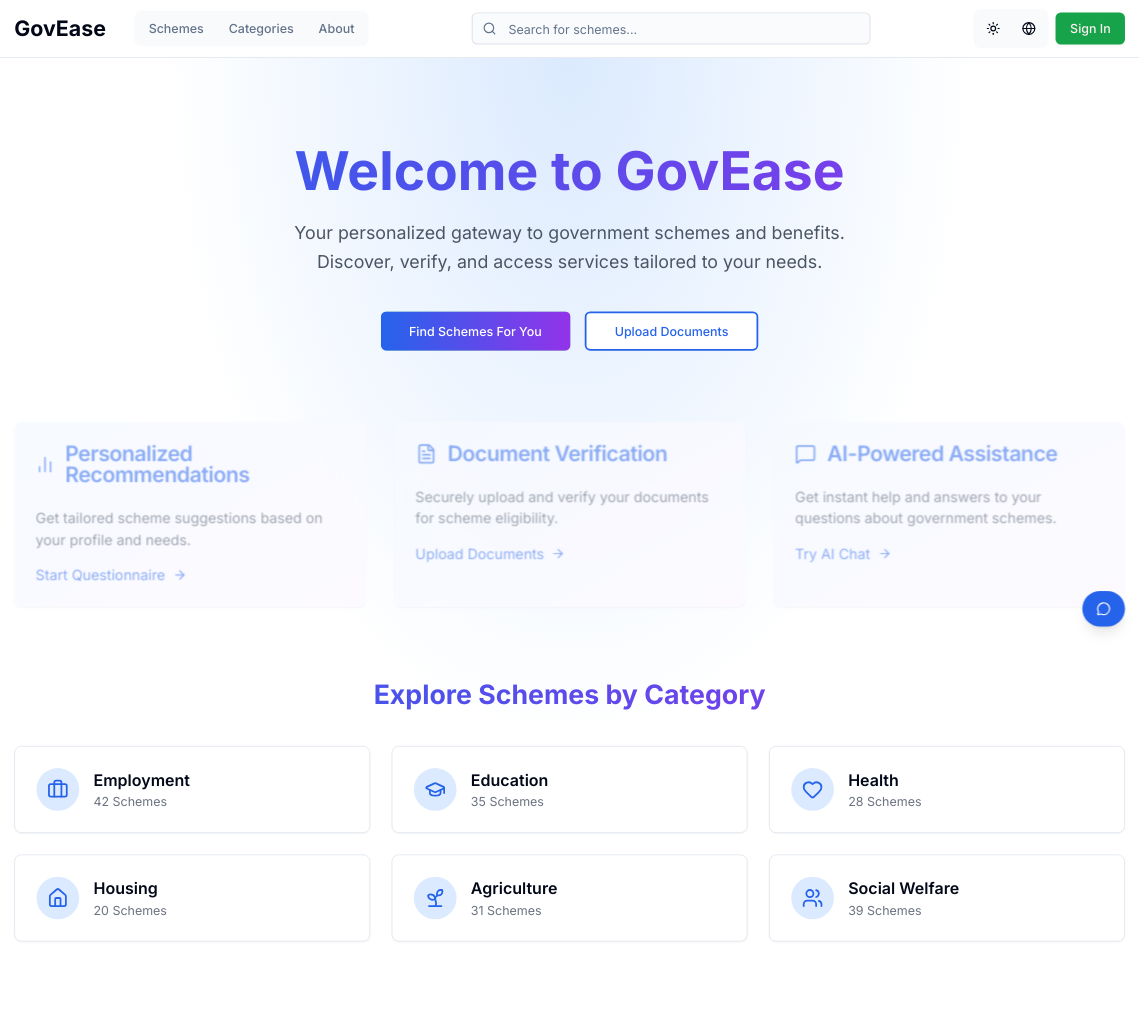
Repository: Aniket7545/GovEase
Page: /
The author's editor kept a copy of each file at every save. The page is drawn from the files as they stood at one save, then again after the next save.
The browser window is 1280 px wide. The pictures show the whole page, at 89% of full size.
The project was rebuilt for these pictures with package versions that can differ from the ones it lists, and the page was loaded fresh each time. The framework's server and built-in components were replaced by stand-ins that run in the browser. Also part of the build but not shown: next.config.ts, components/ui/scroll-area.tsx.

Above is the page before, as saved 2025-01-12 18:21:01.

After the next save:
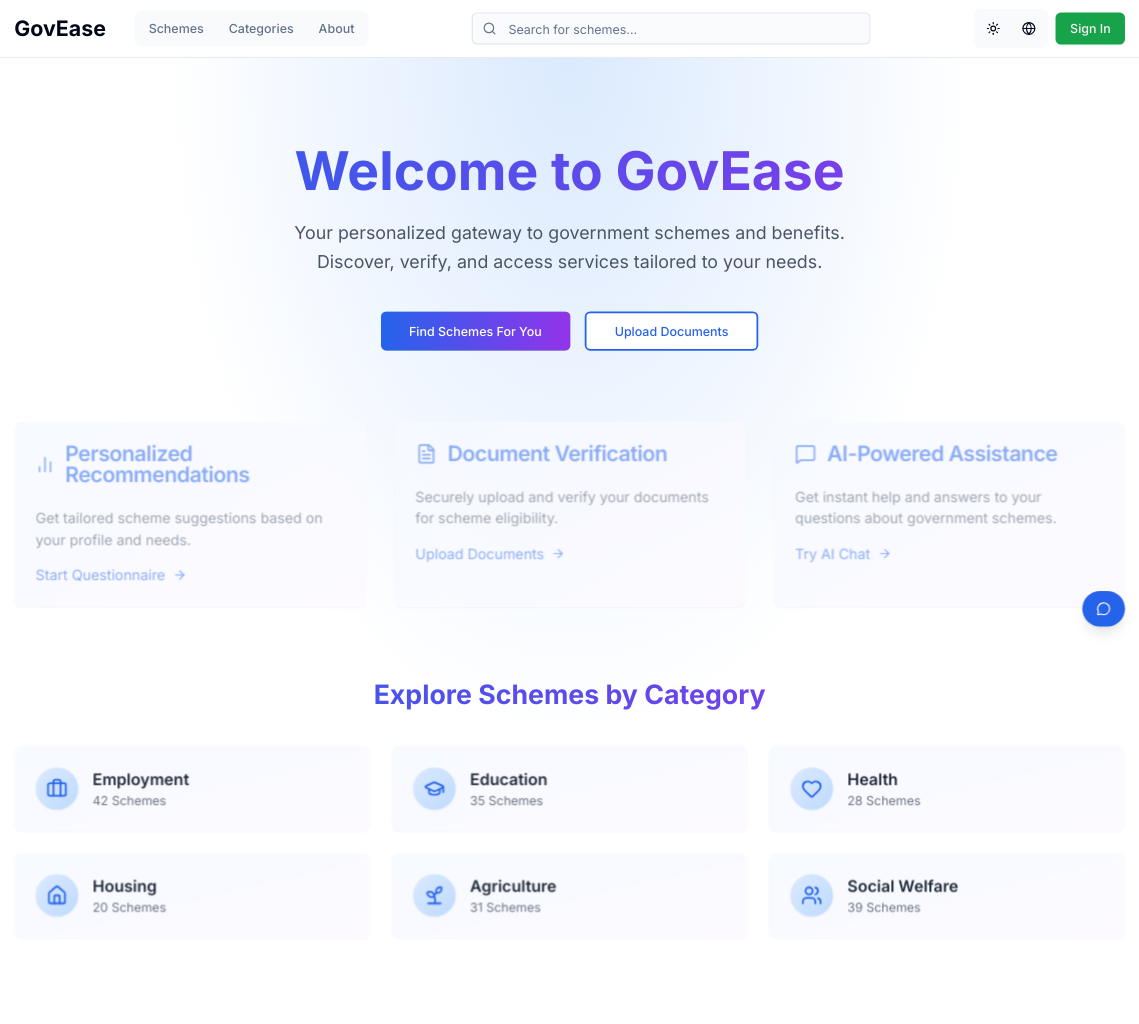
Saved 37 s later.
--- a/app/component/SchemeCategories.tsx
+++ b/app/component/SchemeCategories.tsx
@@ -1,4 +1,8 @@
+// SchemeCategories.tsx
+'use client'
+
 import Link from 'next/link'
+import { motion } from 'framer-motion'
 import { Card, CardContent } from '@/components/ui/card'
 import { Briefcase, GraduationCap, Heart, Home, Sprout, Users } from 'lucide-react'
 
@@ -17,23 +21,32 @@ export default function SchemeCategories() {
       {categories.map((category, index) => {
         const Icon = category.icon
         return (
-          <Link key={index} href={`/categories/${category.name.toLowerCase()}`}>
-            <Card className="hover:shadow-lg transition-shadow cursor-pointer">
-              <CardContent className="p-6">
-                <div className="flex items-center space-x-4">
-                  <div className="bg-blue-100 dark:bg-blue-900 p-3 rounded-full">
-                    <Icon className="h-6 w-6 text-blue-600 dark:text-blue-300" />
+          <motion.div
+            key={index}
+            whileHover={{ y: -5 }}
+            transition={{ type: "spring", stiffness: 300 }}
+          >
+            <Link href={`/categories/${category.name.toLowerCase()}`}>
+              <Card className="relative overflow-hidden border-none bg-white/70 dark:bg-gray-800/50 backdrop-blur-lg hover:shadow-xl transition-all duration-300">
+                <div className="absolute inset-0 bg-gradient-to-br from-blue-50 to-purple-50 dark:from-blue-900/20 dark:to-purple-900/20 opacity-50" />
+                <CardContent className="p-6 relative">
+                  <div className="flex items-center space-x-4">
+                    <div className="bg-gradient-to-br from-blue-100 to-blue-200 dark:from-blue-800 dark:to-blue-900 p-3 rounded-full shadow-sm">
+                      <Icon className="h-6 w-6 text-blue-600 dark:text-blue-300" />
+                    </div>
+                    <div>
+                      <h3 className="font-semibold text-lg text-gray-800 dark:text-gray-100">
+                        {category.name}
+                      </h3>
+                      <p className="text-sm text-gray-500 dark:text-gray-400">
+                        {category.count} Schemes
+                      </p>
+                    </div>
                   </div>
-                  <div>
-                    <h3 className="font-semibold text-lg">{category.name}</h3>
-                    <p className="text-sm text-gray-500 dark:text-gray-400">
-                      {category.count} Schemes
-                    </p>
-                  </div>
-                </div>
-              </CardContent>
-            </Card>
-          </Link>
+                </CardContent>
+              </Card>
+            </Link>
+          </motion.div>
         )
       })}
     </div>
